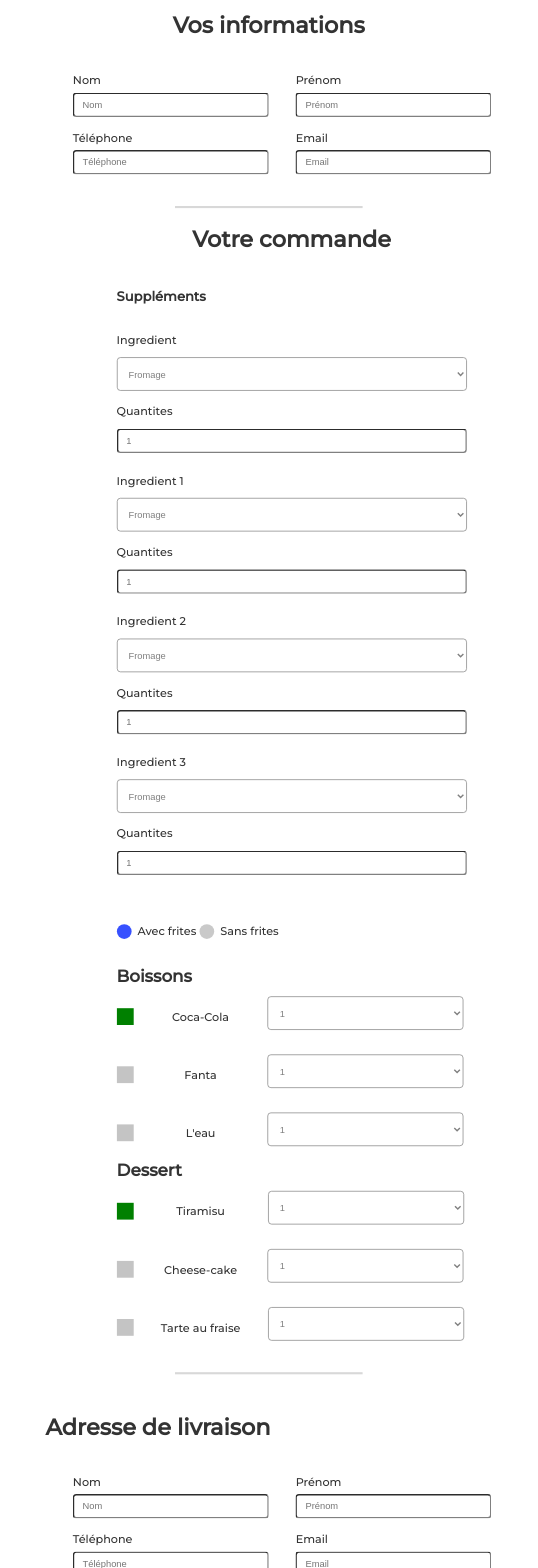
Repository: sisilass31/bella-olonje
Page: html/commande.html
The author's editor kept a copy of each file at every save. The page is drawn from the files as they stood at one save, then again after the next save.
The browser window is 768 px wide. The pictures show the part of the page from y = 856 to 3096 px (the page is 3456 px tall), at 70% of full size.
Some web libraries are served in a nearby version.

Above is the page before, as saved 2023-02-15 09:07:41.

After the next save:
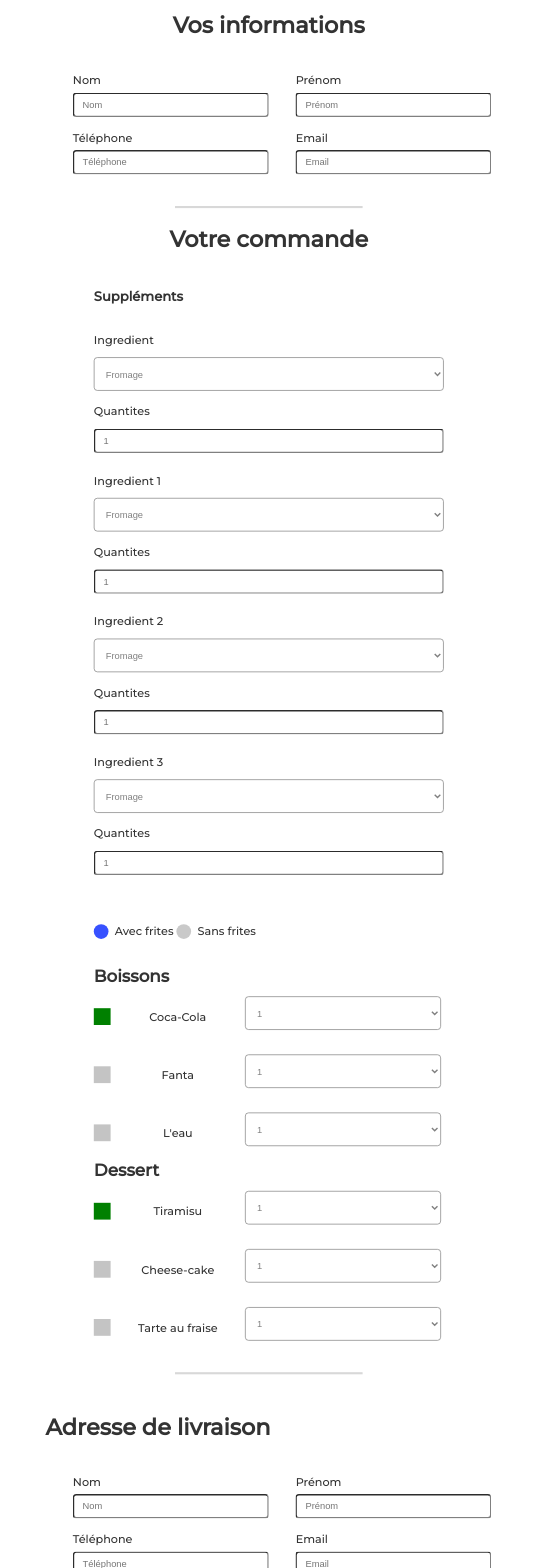
Saved 6 s later.
--- a/css/commande.css
+++ b/css/commande.css
@@ -515,7 +515,7 @@ button {
     }
 
     .commande {
-        margin-left: 65px;
+        margin-left: 0;
         display: flex;
         justify-content: center;
     }
